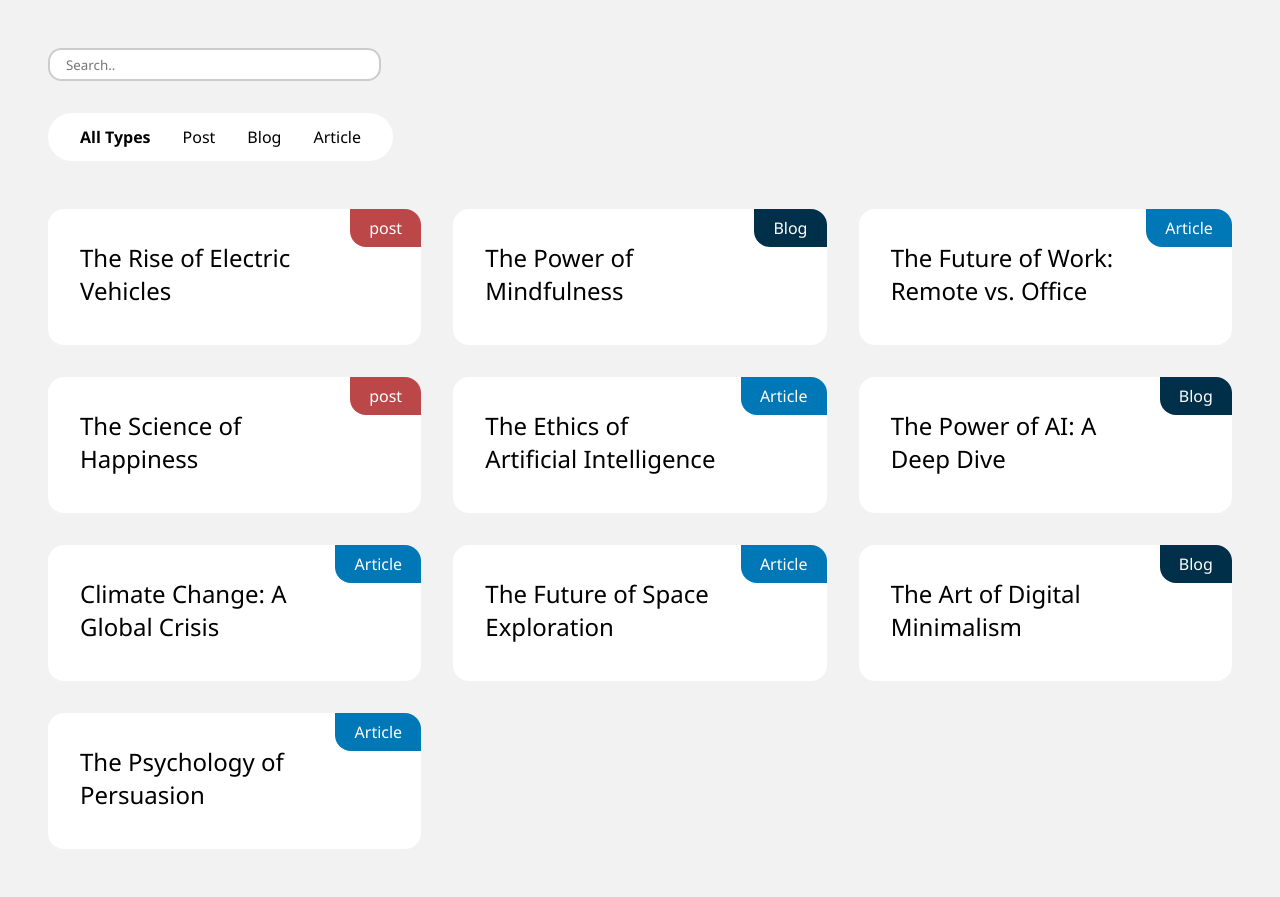
Repository: rehamtaher10/secondReactTask
Page: /
An editor plug-in stored every save of this project. The page is shown before and after the next save, followed by the edit.
The browser window is 1280 px wide. The pictures show the whole page.
The project was rebuilt for these pictures with package versions that can differ from the ones it lists, and the page was loaded fresh each time. Also part of the build but not shown: vite.config.js.

Above is the page before, as saved 2024-11-20 02:12:19.

After the next save:
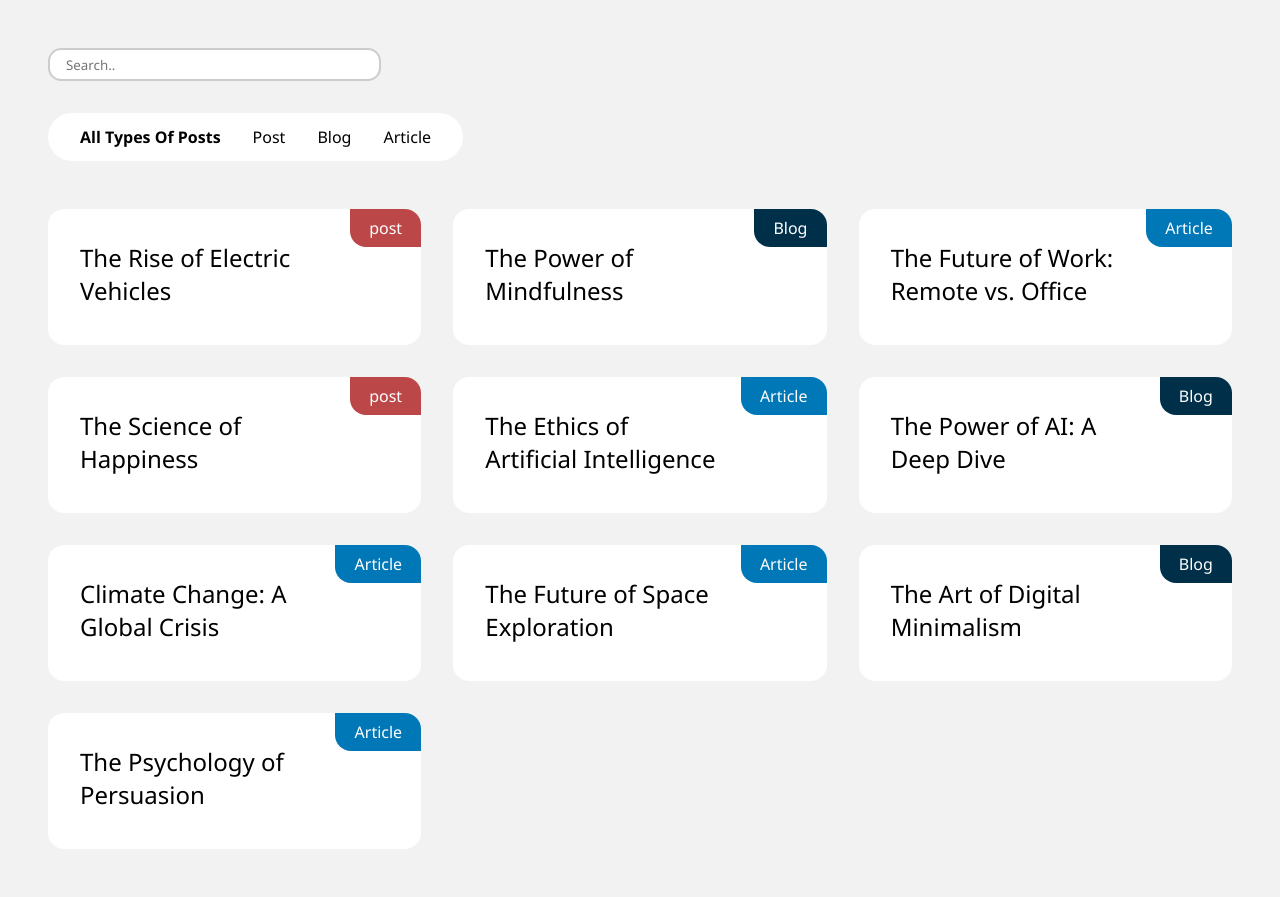
Saved 6 s later.
--- a/src/App.jsx
+++ b/src/App.jsx
@@ -25,7 +25,7 @@ export default function App() {
           onClick={() => setSelectedType("")} // Clear filter when clicking "All"
           style={{ fontWeight: selectedType === "" ? "bold" : "normal" }}
         >
-          All Types
+          All Types of Posts
         </span>
 
         {/* Render a tab for each unique post type */}
